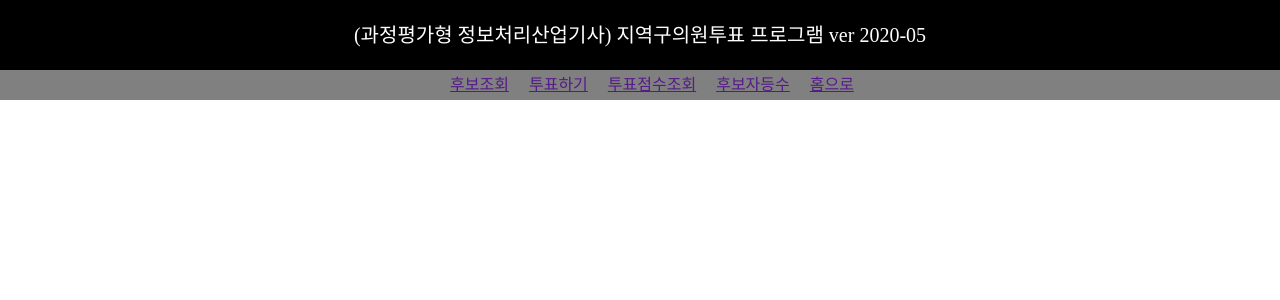
Repository: alsco727/JSP
Page: http://localhost/HRD_2207/header.jsp
These files come from the project's save history. The page is drawn as it stood at one moment and after the next save; the edit follows.
The browser window is 1280 px wide. The pictures show the whole page.
The page is served by Tomcat 9.

Above is the page before, as saved 2022-08-29 08:19:01.

After the next save:
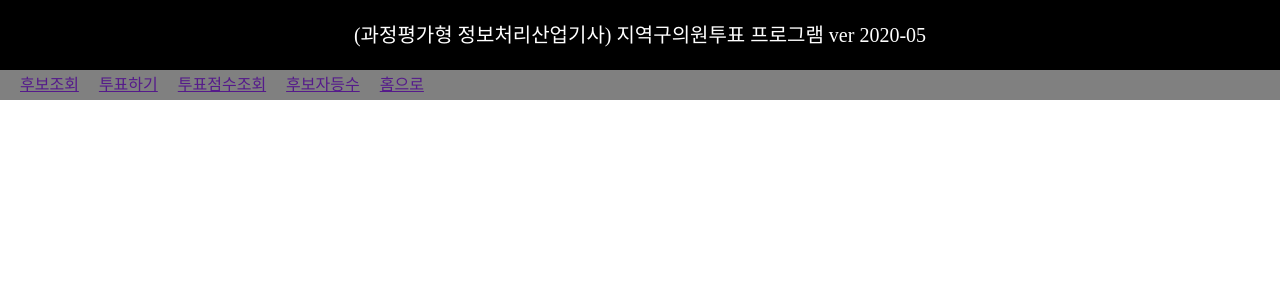
Saved 9 s later.
--- a/information_Processing/JSP과제4/HRD_2207/src/main/webapp/header.jsp
+++ b/information_Processing/JSP과제4/HRD_2207/src/main/webapp/header.jsp
@@ -9,7 +9,7 @@
 <body>
 <header style="position:fixed; top:0px; left:0px; width:100%; height:70px; line-height:70px; text-align:center; background-color:black; color:white; font-size:20px;">(과정평가형 정보처리산업기사) 지역구의원투표 프로그램 ver 2020-05</header>
 
-<nav style="position:fixed; top:70px; left:0px; width:100%; height:30px; line-height:30px; text-align:center; background-color:gray; color:white; padding-left:20px">
+<nav style="position:fixed; top:70px; left:0px; width:100%; height:30px; line-height:30px; background-color:gray; color:white; padding-left:20px">
 <a href="">후보조회</a> &nbsp; &nbsp;
 <a href="">투표하기</a> &nbsp; &nbsp;
 <a href="">투표점수조회</a> &nbsp; &nbsp;
